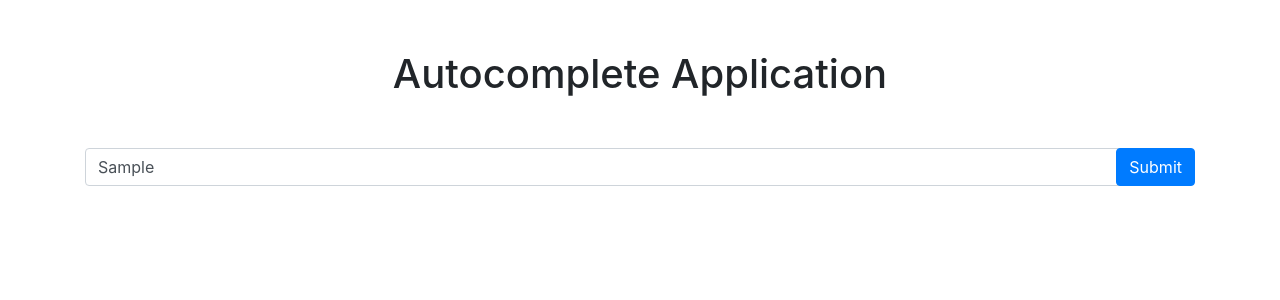
Repository: purnimapatel/auto_complete_using_trie
Page: index.html
These files come from the project's save history. The page is drawn as it stood at one moment and after the next save; the edit follows.
The browser window is 1280 px wide. The pictures show the whole page.
Empty fields were first filled with sample values (such as "Sample", 5 or name@example.com).
After loading, the first visible `button.btn` was clicked once.

Above is the page before, as saved 2025-03-29 13:32:22.
Console error: ReferenceError: handleSubmit is not defined

After the next save:
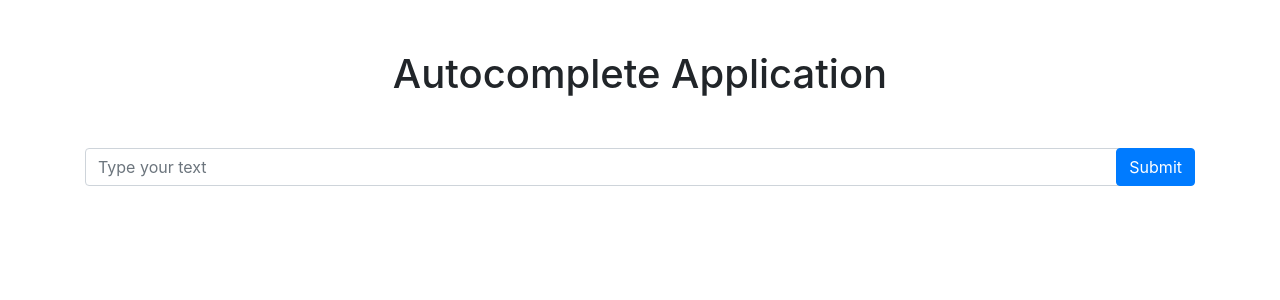
The error is gone.
Saved 116 s later.
--- a/js/index.js
+++ b/js/index.js
@@ -21,6 +21,14 @@ function handler(e) {
 function handleClick(e) {
     text_box.value = e.innerText;
 }
+function handleSubmit(){
+    let data = text_box.value;
+    if(items.includes(data)==false){
+        items.unshift(data);
+        items.push(data);
+    }
+    text_box.value = "";
+}
 
 handler({ target: { value: "" } });
 
